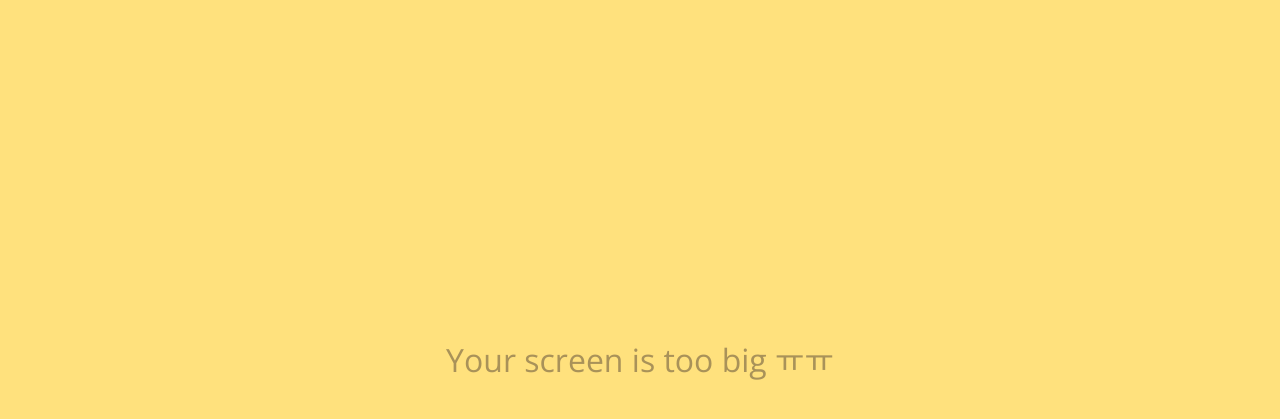
Repository: MIJI-H/kokoa-clone-2020
Page: index.html
An editor plug-in stored every save of this project. The page is shown before and after the next save, followed by the edit.
The browser window is 1280 px wide. The pictures show the whole page.
Some web libraries are served in a nearby version.

Above is the page before, as saved 2023-08-06 09:50:29.

After the next save:
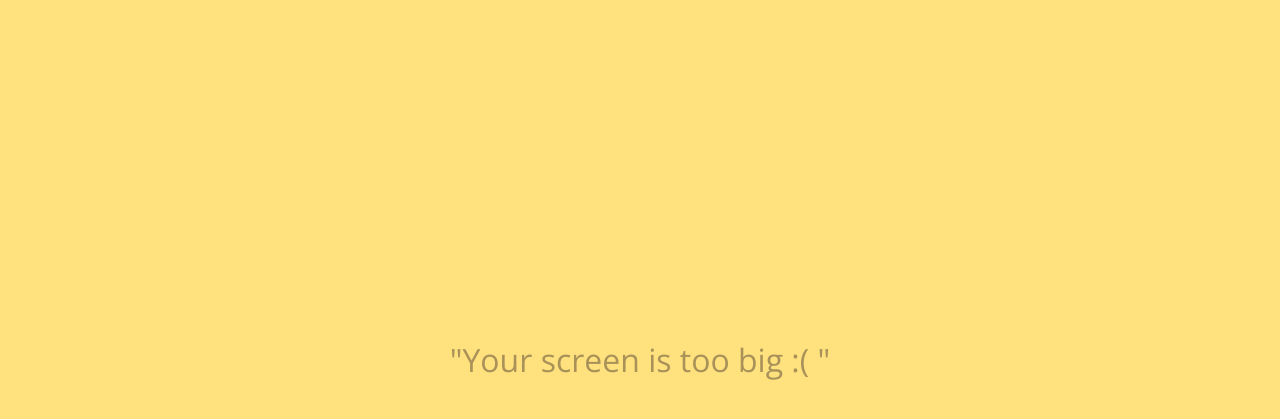
Saved 33 s later.
--- a/index.html
+++ b/index.html
@@ -36,7 +36,7 @@
       <a href="#">Find Kokoa Account or Passoword</a>
     </form>
     <div id="no-mobile">
-      <span>Your screen is too big ㅠㅠ</span>
+      <span>"Your screen is too big :( "</span>
     </div>
 
     <script
